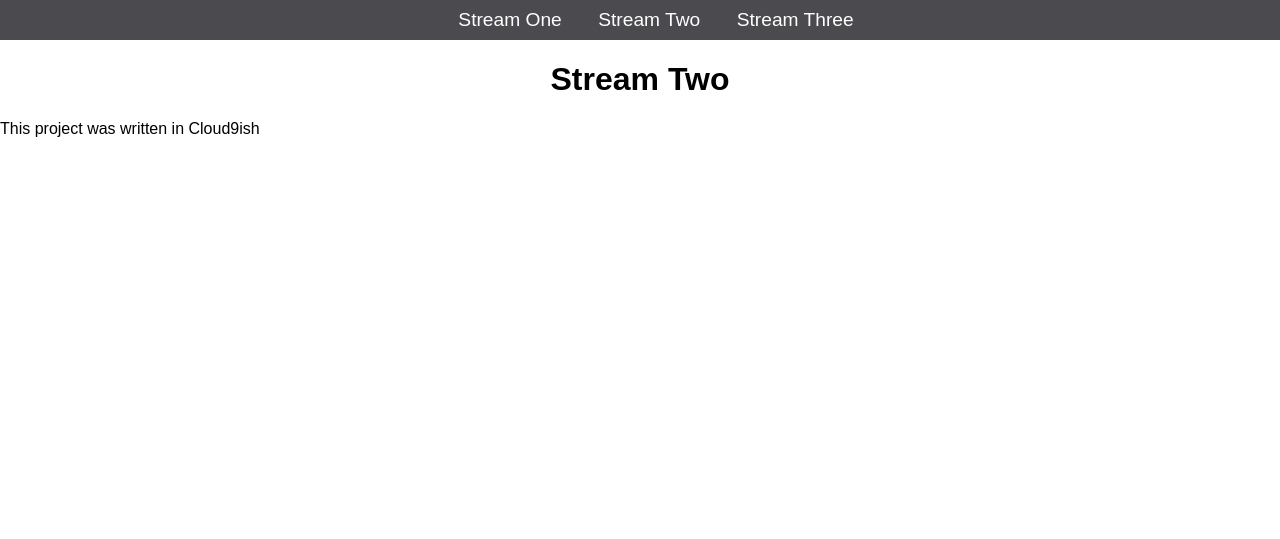
Repository: Rajjabbal/my-first-website
Page: stream-two.html
The author's editor kept a record of every edit. The page is drawn from the files as they stood at one moment, then again after the next edit.
The browser window is 1280 px wide. The pictures show the whole page.

Above is the page before.

### stream-two.html
<html>
    <head>
        <title>
            Hello World
        </title>
        <link rel="stylesheet" href="CSS/style.css" type="text/css" />
    </head>
    <body>
        <nav>
            <ul>
                <li><a href="stream-one.html">Stream One</a></li>
                <li><a href="stream-two.html">Stream Two</a></li>
                <li><a href="stream-three.html">Stream Three</a></li>
            </ul>
        </nav>
        <h1>Stream Two</h1>
    <p>This project was written in Cloud9ish</p>
    </body>
</html>

### CSS/style.css
body {
    margin: 0;
    padding: 0;
    font-family: 'Oswald', sans-serif;
}

nav ul {
    list-style: none;
    background-color: #4a4a4f;
    text-align: center;
    margin: 0;
    padding: 0;
}

nav li {
    font-size: 1.2em;
    line-height: 40px;
    height: 40px;
    display: inline-block;
    margin-left: 2.5%;
}

nav a {
    text-decoration: none;
    color: #ffffff;
    display: block;
}

nav a:hover {
    background-color: #ffffff;
    color: #4a4a4f;
}

.card {
    float: left;
    width: 20%;
    margin-left: 10%;

}

.card a{
    text-align: center;

}

img {
    width: 100%;
    height: 180px

}

h1 {
    text-align: center;

}

After the next edit:
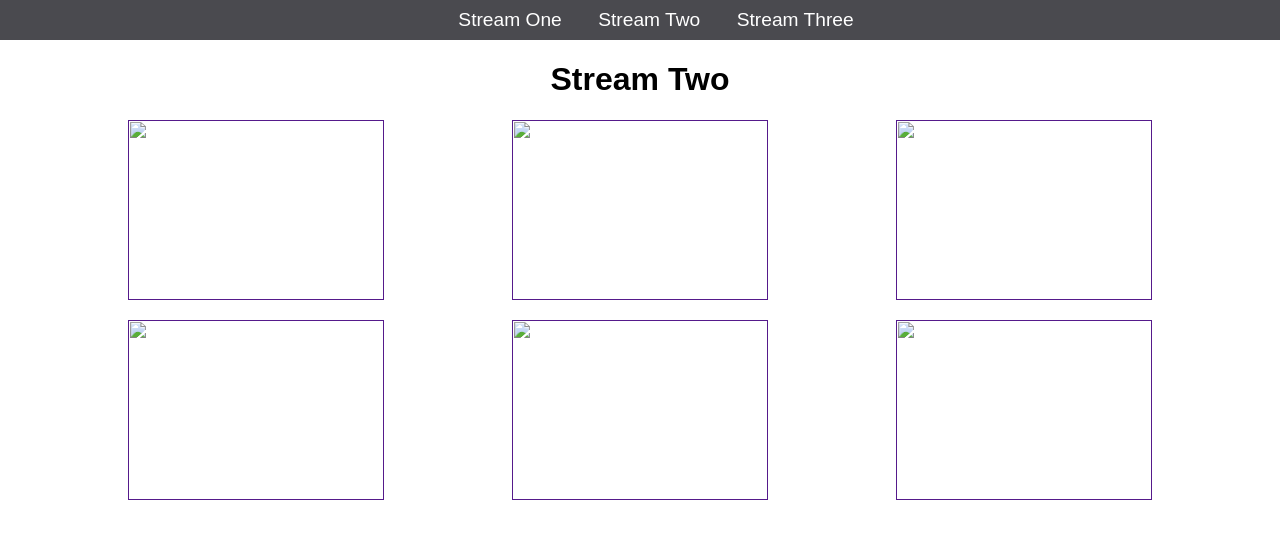
The edit:
--- a/stream-two.html
+++ b/stream-two.html
@@ -14,6 +14,43 @@
             </ul>
         </nav>
         <h1>Stream Two</h1>
-    <p>This project was written in Cloud9ish</p>
+
+     <div class="card">
+        <a href="">
+            <img src="">
+            <h2></h2>
+        </a>
+    </div>
+     <div class="card">
+        <a href="">
+            <img src="">
+            <h2></h2>
+        </a>
+    </div>
+     <div class="card">
+        <a href="">
+            <img src="">
+            <h2></h2>
+        </a>
+    </div>
+     <div class="card">
+        <a href="">
+            <img src="">
+            <h2></h2>
+        </a>
+    </div>
+     <div class="card">
+        <a href="">
+            <img src="">
+            <h2></h2>
+        </a>
+    </div>
+     <div class="card">
+        <a href="">
+            <img src="">
+            <h2></h2>
+        </a>
+    </div>
+
     </body>
 </html>
